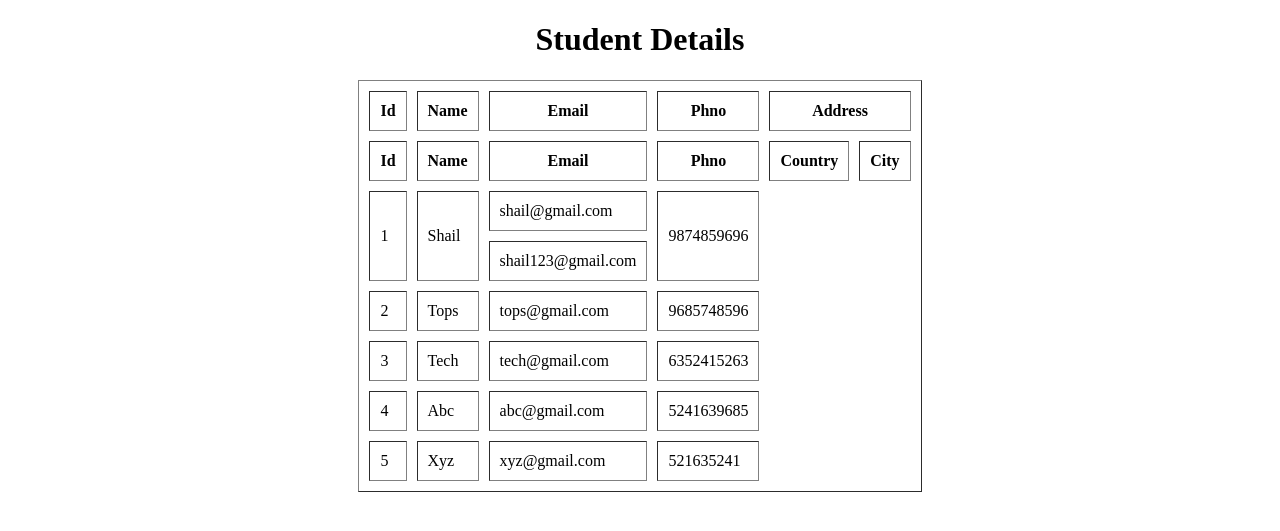
Repository: Chintan-elite/Java_Shail
Page: Learning_web/src/main/webapp/Table.html
An editor plug-in stored every save of this project. The page is shown before and after the next save, followed by the edit.
The browser window is 1280 px wide. The pictures show the whole page.

Above is the page before, as saved 2023-09-11 11:51:06.

### Learning_web/src/main/webapp/Table.html
<!DOCTYPE html>
<html>
<head>
<meta charset="ISO-8859-1">
<title>Insert title here</title>
</head>
<body>
		<h1 align="center">Student Details</h1>

		<table border="1" align="center" cellpadding="10" cellspacing="10">
		<tr>
			<th>Id</th>
			<th>Name</th>
			<th>Email</th>
			<th>Phno</th>
			<th colspan="2">Address</th>
		</tr>

		<tr>
		<th>Id</th>
			<th>Name</th>
			<th>Email</th>
			<th>Phno</th>
			<th>Country</th>
			<th>City</th>
		</tr>

		<tr>
			<td rowspan="2">1</td>
			<td rowspan="2">Shail</td>
			<td>shail@gmail.com</td>
			<td rowspan="2">9874859696</td>
		</tr>

		<tr>


			<td>shail123@gmail.com</td>

		</tr>

		<tr>
			<td>2</td>
			<td>Tops</td>
			<td>tops@gmail.com</td>
			<td>9685748596</td>
		</tr>

		<tr>
			<td>3</td>
			<td>Tech</td>
			<td>tech@gmail.com</td>
			<td>6352415263</td>
		</tr>

		<tr>
			<td>4</td>
			<td>Abc</td>
			<td>abc@gmail.com</td>
			<td>5241639685</td>
		</tr>

		<tr>
			<td>5</td>
			<td>Xyz</td>
			<td>xyz@gmail.com</td>
			<td>521635241</td>
		</tr>


		</table>




</body>
</html>

After the next save:
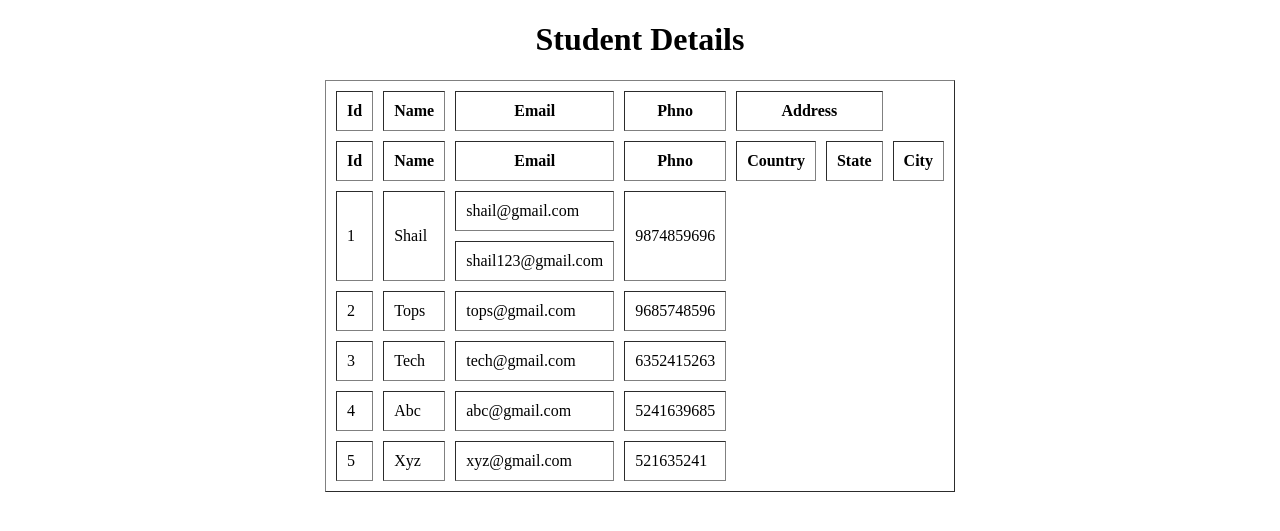
Saved 16 s later.
--- a/Learning_web/src/main/webapp/Table.html
+++ b/Learning_web/src/main/webapp/Table.html
@@ -22,6 +22,7 @@
 			<th>Email</th>
 			<th>Phno</th>
 			<th>Country</th>
+			<th>State</th>
 			<th>City</th>
 		</tr>
 
